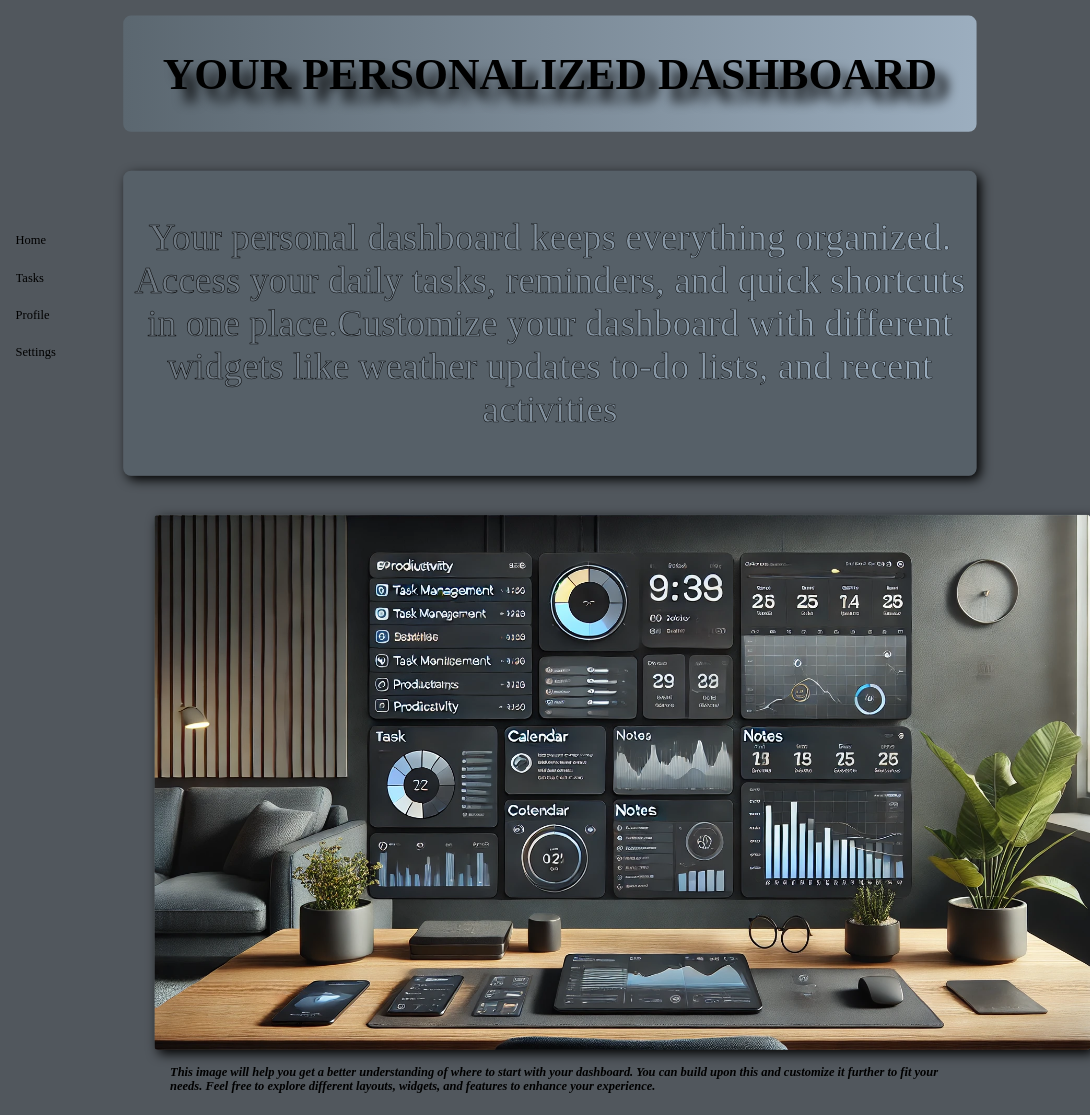
Repository: Parnicoza/testecomplete
Page: testcomplet-14.html
The author's editor kept a copy of each file at every save. The page is drawn from the files as they stood at one save, then again after the next save.
The browser window is 1280 px wide. The page is 1398 px wide, then 1280 px, then 1398 px, so the pictures cover 1398 px, including what lies to the right of the window. The pictures show the whole page, at 78% of full size.

Above is the page before, as saved 2025-02-27 10:04:54.

After the next save:
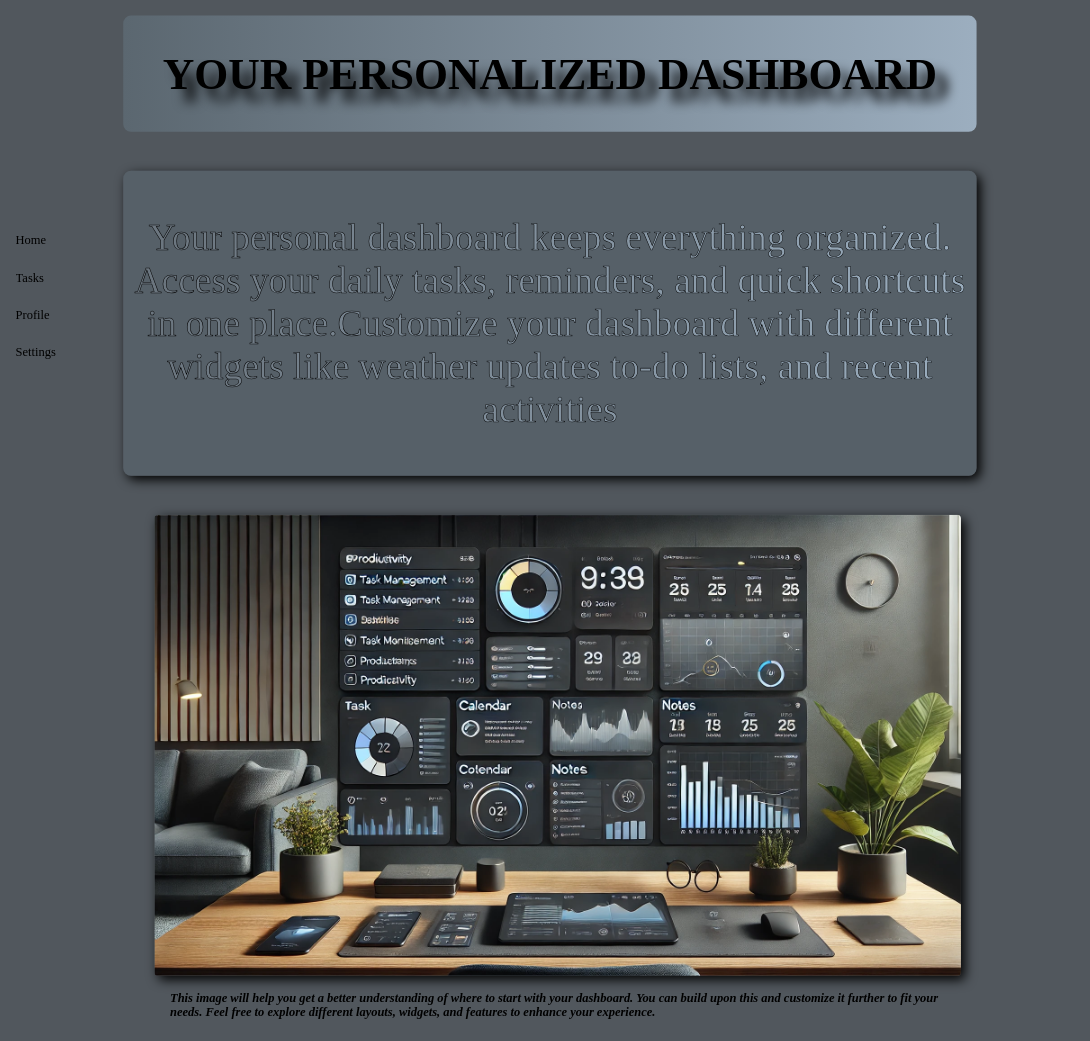
Saved 2 min 8 s later.
--- a/testcomplet-14.html
+++ b/testcomplet-14.html
@@ -20,7 +20,7 @@
 
     <div class="divimage">
         <figure>
-            <img src="imaginitestecomplete/productivity.jpg" alt="productivity image" width="1200" class="image" title="Productivity image" usemap="#dashboard-map">
+            <img src="imaginitestecomplete/productivity.jpg" alt="productivity image" width="100%" class="image" title="Productivity image" usemap="#dashboard-map">
             <map name="dashboard-map">
                 <area shape="rect" coords="510,189,727,418" href="https://blog.productivity.directory/" alt="Productivity blog">
             </map>

After the save that followed:
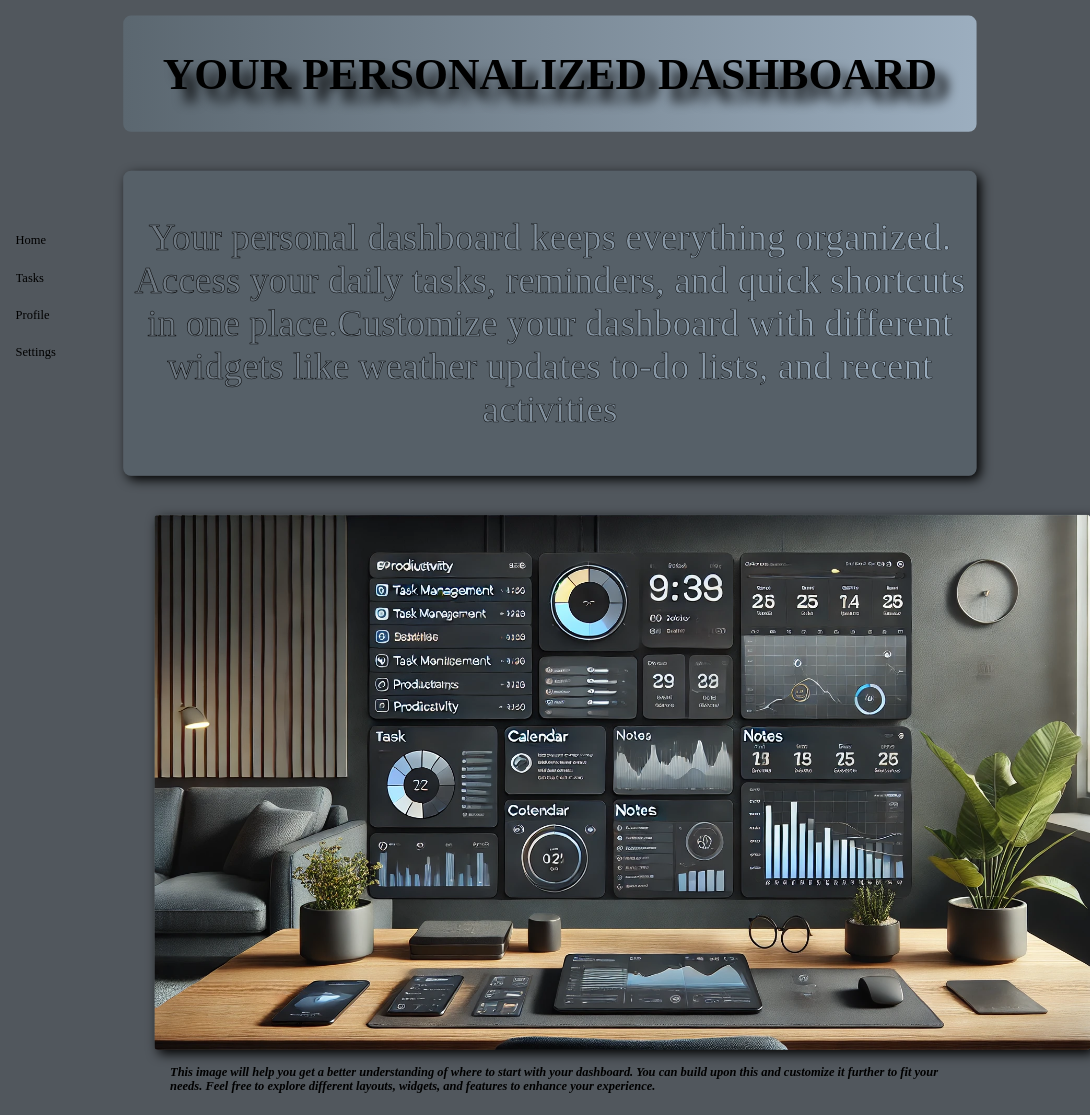
Saved 62 s later.
--- a/testcomplet-14.html
+++ b/testcomplet-14.html
@@ -20,7 +20,7 @@
 
     <div class="divimage">
         <figure>
-            <img src="imaginitestecomplete/productivity.jpg" alt="productivity image" width="100%" class="image" title="Productivity image" usemap="#dashboard-map">
+            <img src="imaginitestecomplete/productivity.jpg" alt="productivity image" width="1200" class="image" title="Productivity image" usemap="#dashboard-map">
             <map name="dashboard-map">
                 <area shape="rect" coords="510,189,727,418" href="https://blog.productivity.directory/" alt="Productivity blog">
             </map>
